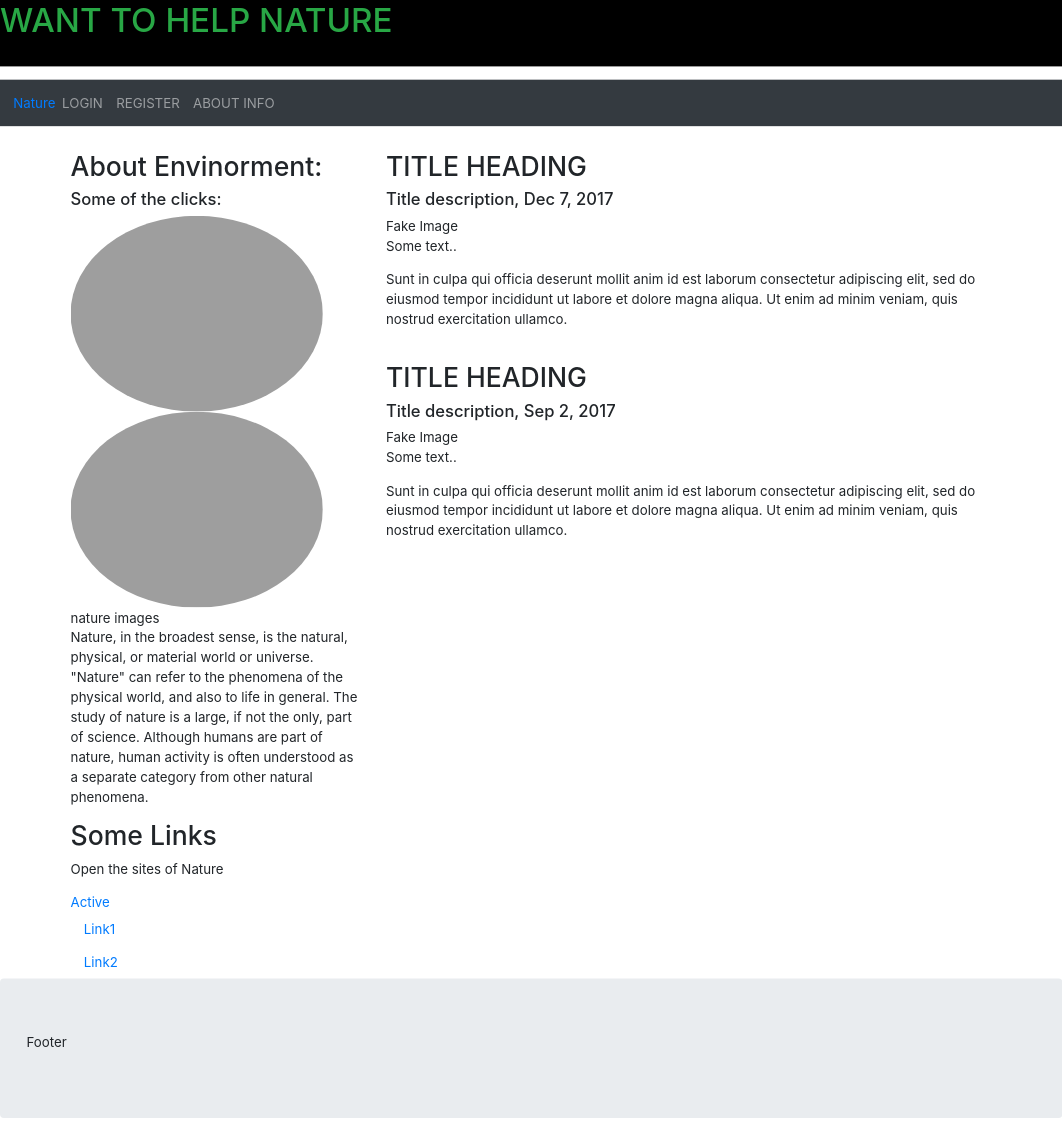
Repository: Apoorvasuswaram/cts
Page: appu/WebContent/main.html
The author's editor kept a copy of each file at every save. The page is drawn from the files as they stood at one save, then again after the next save.
The browser window is 1280 px wide. The pictures show the whole page, at 83% of full size.
Pictures or frames that could not be fetched are drawn as grey boxes.

Above is the page before, as saved 2020-01-18 12:09:03.

### appu/WebContent/main.html
<!DOCTYPE html>
<html lang="en">
<head>
  <title>WANT TO HELP NATURE</title>
  <meta charset="utf-8">
  <meta name="viewport" content="width=device-width, initial-scale=1">
  <link rel="stylesheet" href="https://maxcdn.bootstrapcdn.com/bootstrap/4.4.1/css/bootstrap.min.css">
  <script src="https://ajax.googleapis.com/ajax/libs/jquery/3.4.1/jquery.min.js"></script>
  <script src="https://cdnjs.cloudflare.com/ajax/libs/popper.js/1.16.0/umd/popper.min.js"></script>
  <script src="https://maxcdn.bootstrapcdn.com/bootstrap/4.4.1/js/bootstrap.min.js"></script>
  <style>
  .fakeimg{
  .rounded_circle {
  <img src="beautiful.jpg" class="rounded-circle" alt="Nature" width="304" height="236">
    height: 200px;
    background: #aaa;
  }
  }
  </style>
</head>
<body>

<div style="background-color:black" class="text-black-50" class="jumbotron text-center text-danger" style="margin-bottom:10" >
  <h1 class="text-success">WANT TO HELP NATURE</h1>
  <p>Narture is everything for us!</p>
</div>

<nav class="navbar navbar-expand-sm bg-dark navbar-dark">
  <a class="nature" href="https://www.nature.com/">Nature</a>
  <button class="navbar-toggler" type="button" data-toggle="collapse" data-target="#collapsibleNavbar">
    <span class="navbar-toggler-icon"></span>
  </button>
  <div class="collapse navbar-collapse" id="collapsibleNavbar">
    <ul class="navbar-nav">
      <li class="nav-item">
        <a class="nav-link" href="a.html">LOGIN</a>
      </li>
      <li class="nav-item">
        <a class="nav-link" href="b.html">REGISTER</a>
      </li>
      <li class="nav-item">
        <a class="nav-link" href="c.html">ABOUT INFO</a>
      </li>
    </ul>
  </div>
</nav>

<div class="container" style="margin-top:30px">
  <div class="row" >
    <div class="col-sm-4">
      <h2>About Envinorment:</h2>
      <h5>Some of the clicks:</h5>
      <img src="https://encrypted-tbn0.gstatic.com/images?q=tbn:ANd9GcT7phRPxEJ5AdGMS80Z9TYliyJsaAeqdgo7zPae0Abqflge0t0g&s" class="rounded-circle" alt="Nature" width="304" height="236">
      <img src="https://www.theglobeandmail.com/resizer/CiTkf2JIqrKG3C4P3y0PLbf0lqk=/620x0/filters:quality(80)/arc-anglerfish-tgam-prod-tgam.s3.amazonaws.com/public/MFAAGTRQQ5EQNIJ2WEA6DMYO6Q.jpg" class="rounded-circle" alt="Nature1" width="304" height="236">
      <div class="fakeimg">nature images</div>
      <p>Nature, in the broadest sense, is the natural, physical, or material world or universe. "Nature" can refer to the phenomena of the physical world, and also to life in general. The study of nature is a large, if not the only, part of science. Although humans are part of nature, human activity is often understood as a separate category from other natural phenomena.</p>
      <h2>Some Links</h2>
      <p class="text-register">Open the sites of Nature</p>
      <ul class="nav nav-pills flex-column">
        <li class="nav-item">
          <a class="nat-link active" href="#">Active</a>
        </li>
        <li class="nav-item">
          <a class="nav-link" href="https://www.natureasia.com/en">Link1</a>
        </li>
        <li class="nav-item">
          <a class="nav-link" href="https://www.springernature.com/gp/open-research/journals-books/journals">Link2</a>
        </li>
      </ul>
      <hr class="d-sm-none">
    </div>
    <div class="col-sm-8">
      <h2>TITLE HEADING</h2>
      <h5>Title description, Dec 7, 2017</h5>
      <div class="fakeimg">Fake Image</div>
      <p>Some text..</p>
      <p>Sunt in culpa qui officia deserunt mollit anim id est laborum consectetur adipiscing elit, sed do eiusmod tempor incididunt ut labore et dolore magna aliqua. Ut enim ad minim veniam, quis nostrud exercitation ullamco.</p>
      <br>
      <h2>TITLE HEADING</h2>
      <h5>Title description, Sep 2, 2017</h5>
      <div class="fakeimg">Fake Image</div>
      <p>Some text..</p>
      <p>Sunt in culpa qui officia deserunt mollit anim id est laborum consectetur adipiscing elit, sed do eiusmod tempor incididunt ut labore et dolore magna aliqua. Ut enim ad minim veniam, quis nostrud exercitation ullamco.</p>
    </div>
  </div>
</div>

<div class="jumbotron" style="margin-top:10">
  <p>Footer</p>
</div>

</body>
</html>

After the next save:
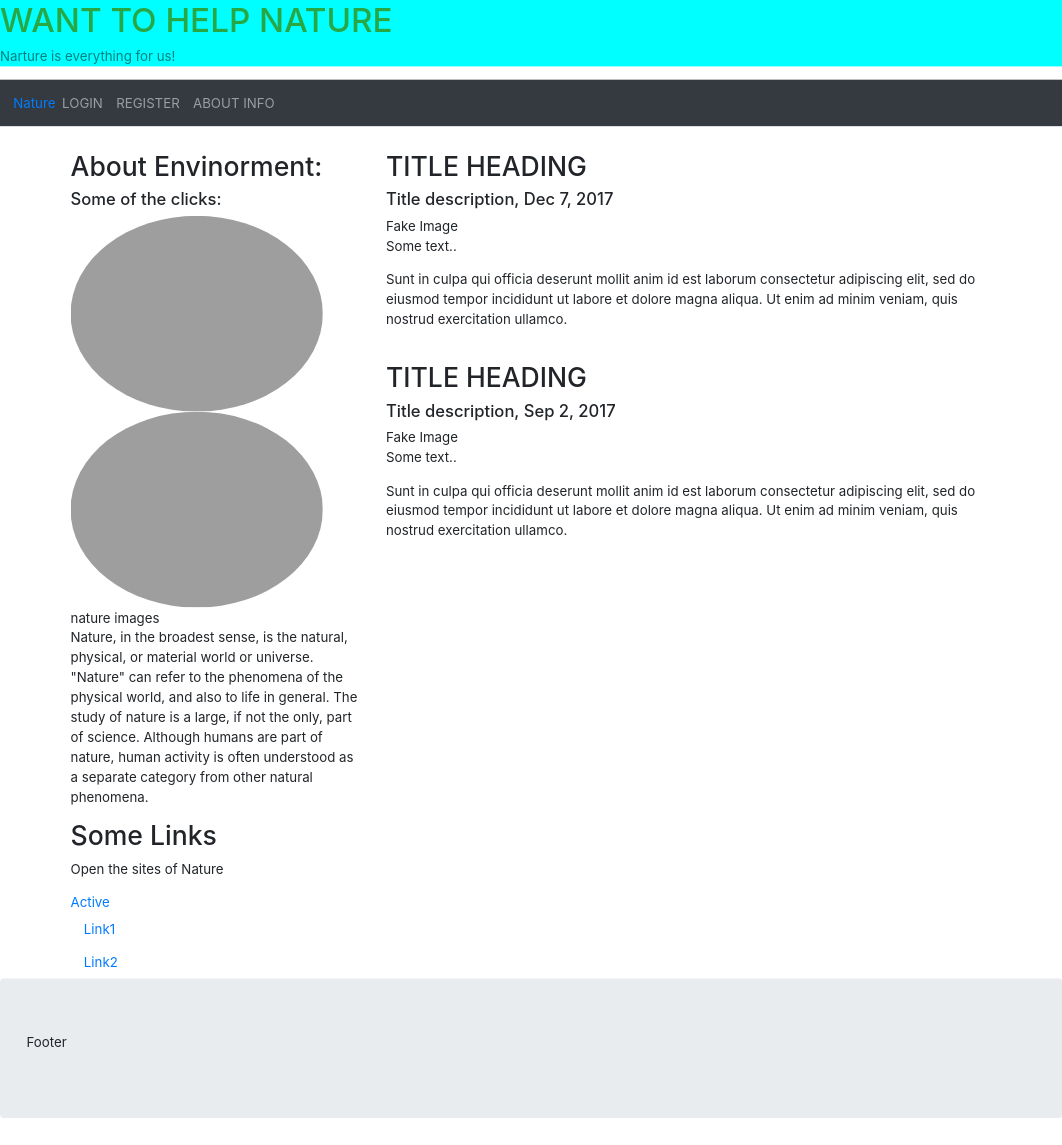
Saved 59 s later.
--- a/appu/WebContent/main.html
+++ b/appu/WebContent/main.html
@@ -20,7 +20,7 @@
 </head>
 <body>
 
-<div style="background-color:black" class="text-black-50" class="jumbotron text-center text-danger" style="margin-bottom:10" >
+<div style="background-color:cyan" class="text-black-50" class="jumbotron text-center text-danger" style="margin-bottom:10" >
   <h1 class="text-success">WANT TO HELP NATURE</h1>
   <p>Narture is everything for us!</p>
 </div>
